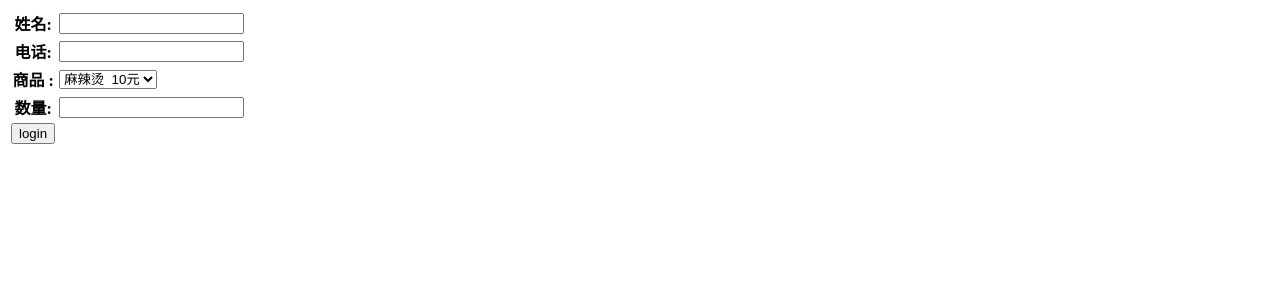
Repository: husama/Doctor
Page: hanlp/nlp/src/main/webapp/WEB-INF/page/NewFile.html
These files come from the project's save history. The page is drawn as it stood at one moment and after the next save; the edit follows.
The browser window is 1280 px wide. The pictures show the whole page.

Above is the page before, as saved 2016-09-11 06:23:05.

After the next save:
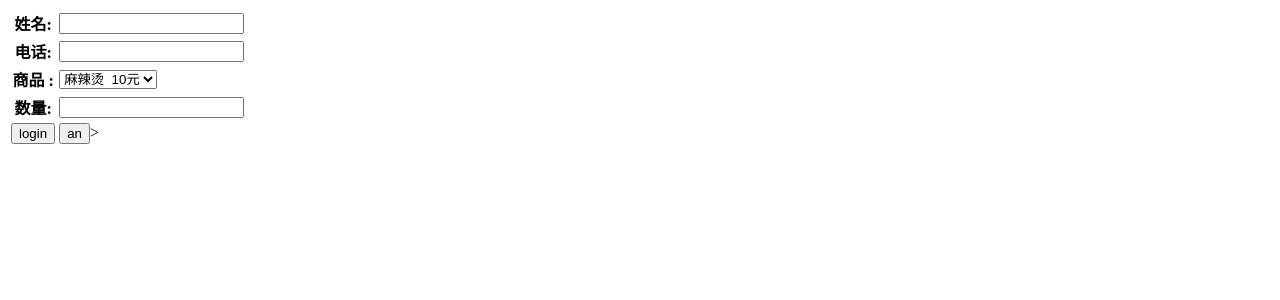
Saved 2 min 17 s later.
--- a/hanlp/nlp/src/main/webapp/WEB-INF/page/NewFile.html
+++ b/hanlp/nlp/src/main/webapp/WEB-INF/page/NewFile.html
@@ -49,6 +49,7 @@
 			</tr>
 			<tr>
 				<td><input type="submit" id="submit" value="login" onclick="myFunction(number,commodity)"/></td>
+				<td><button type="button" onclick="myFunction(number,commodity)">an</button>></td>
 			</tr>
 		</table>
 	</form>
